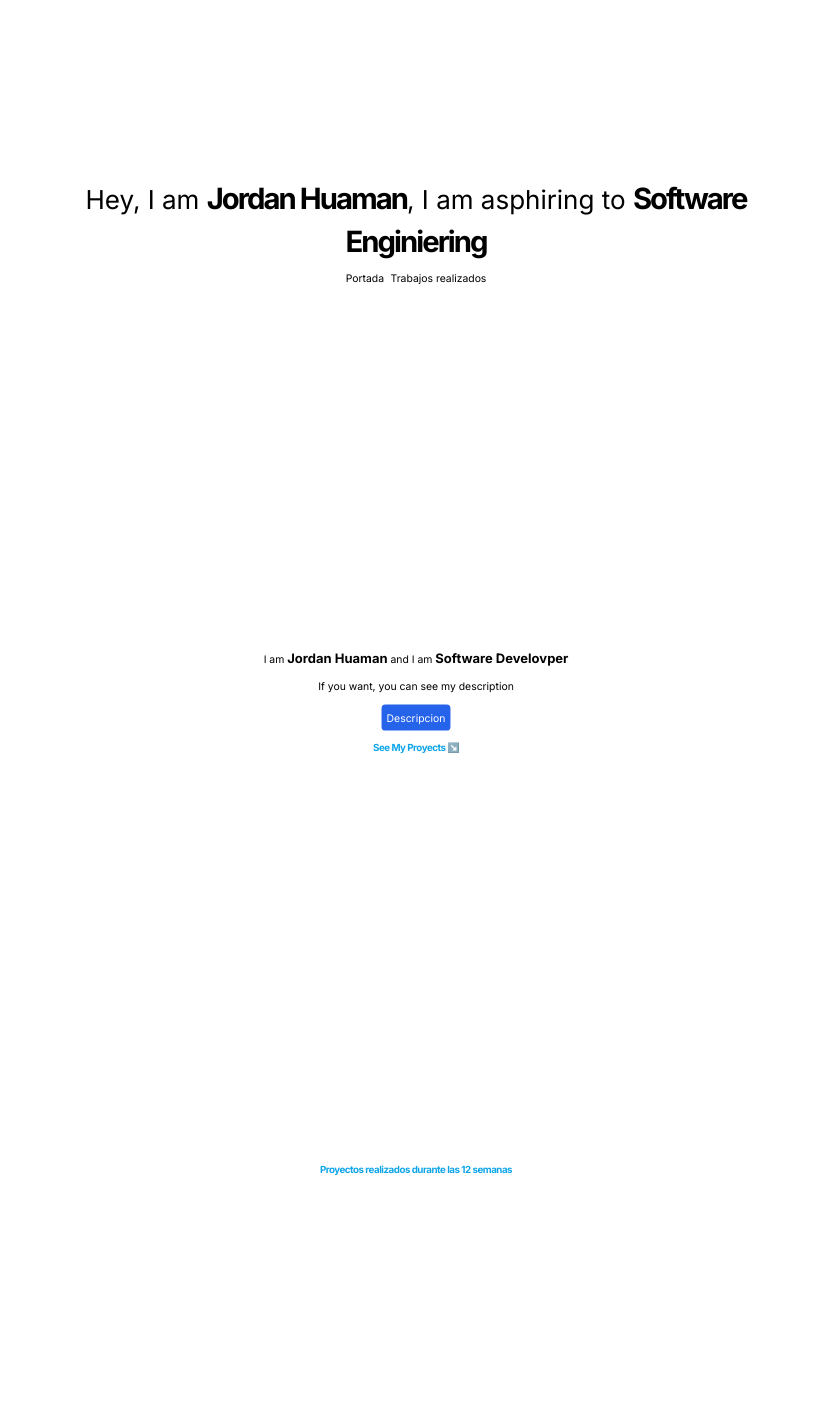
Repository: devsecops-node/portafolio-nextj-pages
Page: /
These files come from the project's save history. The page is drawn as it stood at one moment and after the next save; the edit follows.
The browser window is 1280 px wide. The pictures show the whole page, at 65% of full size.
The project was rebuilt for these pictures with package versions that can differ from the ones it lists, and the page was loaded fresh each time. The framework's server and built-in components were replaced by stand-ins that run in the browser. Also part of the build but not shown: next.config.js, src/components/Modal.jsx, src/styles/transitionPage.module.css.

Above is the page before, as saved 2024-01-15 04:29:42.

### src/app/page.js
"use client"
import Dashboard from '@/components/Dashboard'
import Transition from '@/components/Transition'
import Image from 'next/image'
import { useEffect, useState } from 'react'

export default function Home() {
  const [showAnimation, setShowAnimation] = useState(true)

  useEffect(() => {
    console.log('Ejecutando')
    setTimeout(() => {
      setShowAnimation(false)
    }, 2000)
  }, [])
  return (
    <main className='h-[100vh]'>
      {showAnimation ? <Transition /> : <Dashboard />}
    </main>
  )
}

### src/components/Dashboard.jsx
import React from 'react'
import stles from "@/styles/dashboard.module.css"
import Portada from './Portada'
import { useRef } from 'react'
import Proyects from './Proyects'

const Dashboard = () => {

  const scrollToPortada = () => {
    const portada = document.getElementById('portada')

    if (portada) {
      console.log('ejecutando id')
      portada.scrollIntoView({ behavior: 'smooth' })
    }
  }

  const scrollToProyects = () => {
    const portada = document.getElementById('proyects')

    if (portada) {
      console.log('ejecutando id')
      portada.scrollIntoView({ behavior: 'smooth' })
    }
  }

  return (
    <section className={stles.home_view}>
      <div className='h-screen flex justify-center items-center flex-col'>
        <div className={stles.home_view_principal}>
          <p className={stles.animar_text} id='detec'> Hey, I am <span className="animacion-bolder">Jordan
            Huaman</span>, I am asphiring to <span className={stles.detect}>Software Enginiering</span>
          </p>
        </div>
        <div className={stles.home_view_links}>
          <a onClick={scrollToPortada} className={stles.animar_abajo}>
            <p>Portada</p>
          </a>
          {/* <a href="" className={stles.animar_abajo}>
            <p>Bienvenida Introduccion</p>
          </a>
          <a href="" className={stles.animar_arriba}>
            <p>Tabla de contenido</p>
          </a><a href="" className={stles.animar_arriba}>
            <p>Informacion sobre mi</p>
          </a> */}
          <a  onClick={scrollToProyects} className={stles.animar_abajo}>
            <p>Trabajos realizados</p>
          </a>

        </div>
        <div>
        </div>
      </div>
      <div id='portada'>
        <Portada scrolProyects={scrollToProyects}/>
      </div>
      <div id='proyects'>
        <Proyects/>
      </div>
    </section>
  )
}

export default Dashboard

### src/components/Transition.jsx
import React from 'react'
import styles from "@/styles/transitionPage.module.css"

const Transition = () => {
  return (
    <div className={styles.home}>
      <main className=''>
        <p className={styles.text_1}>Jh</p>
        <p className={styles.text_2}>Jordan Huaman - Porfolio</p>
      </main>
      <footer>
        <p className={styles.text_3}>Software Engineerin - 2024</p>
      </footer>
    </div>
  )
}

export default Transition

### src/styles/dashboard.module.css
/* ? Home-view part */
.home_view {
  height: 100%;
}

.animar_text {
  animation: apper-2 2s;
  -webkit-animation: apper-2 2s;
}

.home_view_principal {
  width: 90%;
  margin: 0 auto;
}

.home_view_principal p {
  text-align: center;
  font-size: 40px;
}

.home_view_principal p span {
  font-size: 45px;
  letter-spacing: -3px;
  font-weight: bold;
}

.home_view_principal p span:hover .child {
  background-color: red;
}

@keyframes apper-2 {
  0% {
    opacity: 0;
    transform: translateY(-200px);
    -webkit-transform: translateY(-200px);
    -moz-transform: translateY(-200px);
    -ms-transform: translateY(-200px);
    -o-transform: translateY(-200px);
  }

  50% {
    opacity: 1;
    transform: translateY(-20px);
    -webkit-transform: translateY(-20px);
    -moz-transform: translateY(-20px);
    -ms-transform: translateY(-20px);
    -o-transform: translateY(-20px);
  }

  100% {
    opacity: 1;
    transform: translateY(0px);
    -webkit-transform: translateY(0px);
    -moz-transform: translateY(0px);
    -ms-transform: translateY(0px);
    -o-transform: translateY(0px);
  }
}

.home_view_links {
  display: flex;
  padding: 10px;
  justify-content: space-between;
  gap: 10px;
}

/* Line aniamtion */
.line-animation {
  display: inline;
  cursor: pointer;
  position: relative;
  /* padding: 5px; */
}

.line-animation::after {
  /* margin-top: 10px; */
  content: "";
  position: absolute;
  width: 100%;
  height: 3px;
  top: auto;
  bottom: 14px;
  left: -4px;
  transform: scaleX(0);
  box-shadow: 0 5px 0 black;
  transform-origin: bottom right;
  transition: transform 0.5s ease-out;
}

.line-animation:hover:after {
  transform: scaleX(1);
  transform-origin: bottom left;
}

.animacion-bolder {
  animation: animar-bold 2s linear alternate slidein;
  -webkit-animation: animar-bold 2s linear alternate slidein;
}

.animar_arriba{
  animation: apper-arriba 2s;
  -webkit-animation: apper-arriba 2s;
}
.animar_abajo{
  cursor: pointer;
  animation: apper-abajo 2s;
  -webkit-animation: apper-abajo 2s;

}

@keyframes apper-arriba {
  0% {
    opacity: 0;
    transform: translateY(200px);
    -webkit-transform: translateY(200px);
    -moz-transform: translateY(200px);
    -ms-transform: translateY(200px);
    -o-transform: translateY(200px);
}

  50% {
    opacity: 1;
    transform: translateY(-20px);
    -webkit-transform: translateY(-20px);
    -moz-transform: translateY(-20px);
    -ms-transform: translateY(-20px);
    -o-transform: translateY(-20px);
  }

  100% {
    opacity: 1;
    transform: translateY(0px);
    -webkit-transform: translateY(0px);
    -moz-transform: translateY(0px);
    -ms-transform: translateY(0px);
    -o-transform: translateY(0px);
  }
}
@keyframes apper-abajo {
  0% {
    opacity: 0;
    transform: translateY(-200px);
    -webkit-transform: translateY(-200px);
    -moz-transform: translateY(-200px);
    -ms-transform: translateY(-200px);
    -o-transform: translateY(-200px);
}

  50% {
    opacity: 1;
    transform: translateY(-20px);
    -webkit-transform: translateY(-20px);
    -moz-transform: translateY(-20px);
    -ms-transform: translateY(-20px);
    -o-transform: translateY(-20px);
  }

  100% {
    opacity: 1;
    transform: translateY(0px);
    -webkit-transform: translateY(0px);
    -moz-transform: translateY(0px);
    -ms-transform: translateY(0px);
    -o-transform: translateY(0px);
  }
}

@keyframes animar-bold {
  0% {
    opacity: 0;
  }

  100% {
    opacity: 1;
  }
}

### src/components/Portada.jsx
import React, { useState } from 'react'
import Modal from './Modal'

const Portada = ({ scrolProyects }) => {
  const [modal, setModal] = useState(false)
  const showModal = () => {
    setModal(true)
  }
  const closeModal = () => {
    setModal(false)
  }

  const srolPro = () => {
    scrolProyects()
  }

  return (
    <div className='h-screen flex justify-center items-center relative'>
      <section className='flex justify-center flex-col items-center gap-4'>
        <p>I am <span className='text-[20px] font-bold'>Jordan Huaman</span> and I am <span className='text-[20px] font-bold'>Software Develovper</span></p>
        <p>If you want, you can see my description</p>
        <button onClick={showModal} className='bg-blue-600 p-2 rounded-md text-white hover:scale-105 duration-150 ease-in-out'>Descripcion</button>
        {modal ? <Modal setModal={closeModal}  /> : <></>}
        <p className='text-sky-500 font-bold tracking-tighter text-[15px] transition-all duration-150 hover:scale-105 ease-in-out cursor-pointer' onClick={srolPro}>See My Proyects <span>↘️</span></p>
      </section>
    </div>
  )
}

export default Portada

### src/components/Proyects.jsx
import React from 'react'

const Proyects = () => {
  return (
    <div className='h-screen flex justify-center items-center'>
      <p className='text-sky-500 font-bold text-[15px]  tracking-tighter'>Proyectos realizados durante las 12 semanas</p>
    </div>
  )
}

export default Proyects

Loaded but not shown: src/app/layout.js (common file); src/app/globals.css (common file); tailwind.config.js (common file)

After the next save:
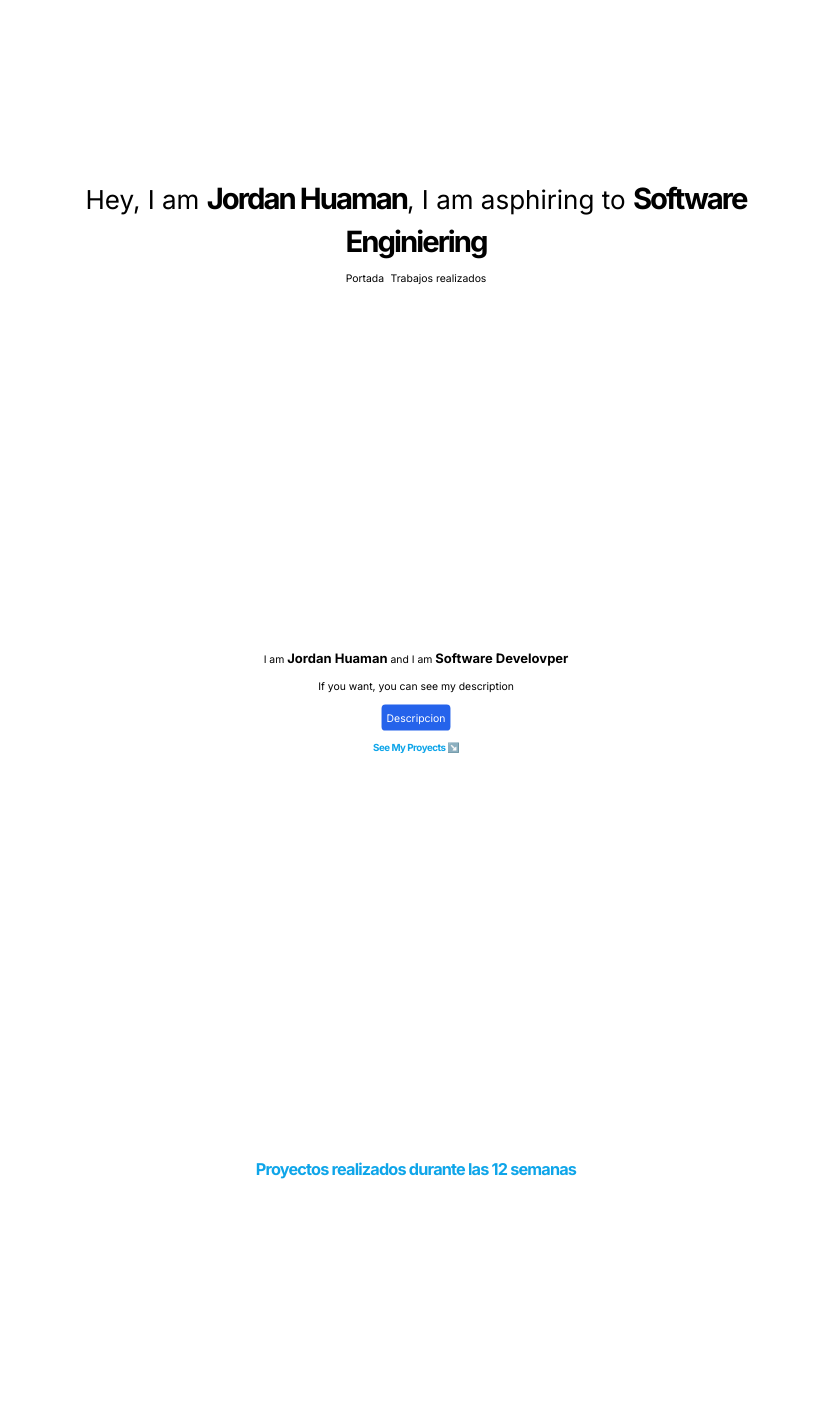
Saved 5 s later.
--- a/src/components/Proyects.jsx
+++ b/src/components/Proyects.jsx
@@ -3,7 +3,7 @@ import React from 'react'
 const Proyects = () => {
   return (
     <div className='h-screen flex justify-center items-center'>
-      <p className='text-sky-500 font-bold text-[15px]  tracking-tighter'>Proyectos realizados durante las 12 semanas</p>
+      <p className='text-sky-500 font-bold text-[25px]  tracking-tighter'>Proyectos realizados durante las 12 semanas</p>
     </div>
   )
 }
